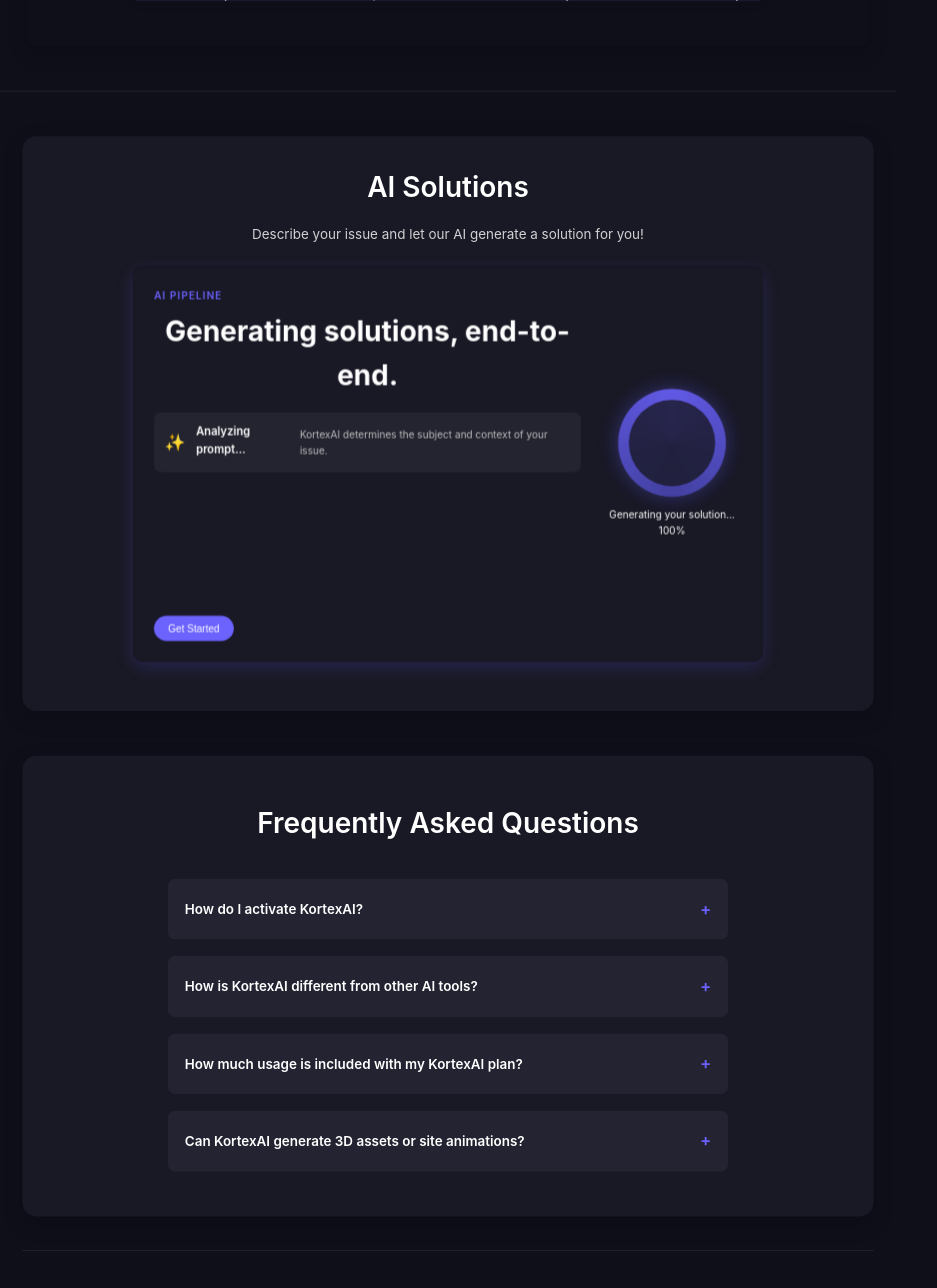
Repository: Rayyy-dev/Kortex-AI
Page: /
The author's editor kept a copy of each file at every save. The page is drawn from the files as they stood at one save, then again after the next save.
The browser window is 1280 px wide. The page is 1338 px wide, so the pictures cover 1338 px, including what lies to the right of the window. The pictures show the part of the page from y = 1274 to 3114 px (the page is 3569 px tall before and 3593 px after), at 70% of full size.
The project was rebuilt for these pictures with package versions that can differ from the ones it lists, and the page was loaded fresh each time.

Above is the page before, as saved 2024-10-15 21:22:22.

### src/App.js
import React, { useEffect, useRef, useState } from 'react';
import { LineChart, Line, XAxis, YAxis, Tooltip, ResponsiveContainer, CartesianGrid, AreaChart, Area, LabelList } from 'recharts';
import './App.css';

function FAQItem({ question, answer }) {
  const [isActive, setIsActive] = useState(false);

  return (
    <div className={`faq-item ${isActive ? 'active' : ''}`} onClick={() => setIsActive(!isActive)}>
      <h3>{question}<span className="faq-toggle">{isActive ? '-' : '+'}</span></h3>
      <div className="faq-answer">
        <p>{answer}</p>
      </div>
    </div>
  );
}

function App() {
  const [isModalOpen, setIsModalOpen] = useState(false);
  const backgroundRef = useRef(null);
  const mainSectionRef = useRef(null);
  const parallaxRef = useRef(null);
  const [activeStep, setActiveStep] = useState(0);
  const [generatingProgress, setGeneratingProgress] = useState(0);
  const [showBackToTop, setShowBackToTop] = useState(false);
  const aiPipelineRef = useRef(null);
  const [menuOpen, setMenuOpen] = useState(false);

  const toggleMenu = () => {
    setMenuOpen(!menuOpen);
  };

  useEffect(() => {
    const background = backgroundRef.current;
    if (!background) return;

    const createParticle = () => {
      const particle = document.createElement('div');
      particle.classList.add('particle');
      particle.style.left = `${Math.random() * 100}%`;
      particle.style.top = `${Math.random() * 100}%`;
      particle.style.animationDuration = `${Math.random() * 10 + 5}s`;
      background.appendChild(particle);

      setTimeout(() => {
        particle.remove();
      }, 15000);
    };

    // Create initial particles
    for (let i = 0; i < 30; i++) {
      createParticle();
    }

    const particleInterval = setInterval(createParticle, 500);

    return () => {
      clearInterval(particleInterval);
    };
  }, []);

  useEffect(() => {
    const handleScroll = () => {
      setShowBackToTop(window.scrollY > 300);
    };

    window.addEventListener('scroll', handleScroll);
    return () => window.removeEventListener('scroll', handleScroll);
  }, []);

  useEffect(() => {
    const interval = setInterval(() => {
      setGeneratingProgress((prevProgress) => {
        if (prevProgress >= 100) {
          clearInterval(interval);
          return 100;
        }
        return prevProgress + 1;
      });
    }, 50);

    return () => clearInterval(interval);
  }, []);

  useEffect(() => {
    const options = {
      root: null,
      rootMargin: '0px',
      threshold: 0.5,
    };

    const observer = new IntersectionObserver((entries) => {
      entries.forEach((entry) => {
        if (entry.isIntersecting) {
          setActiveStep(0);
          const interval = setInterval(() => {
            setActiveStep((prevStep) => {
              if (prevStep >= 2) {
                clearInterval(interval);
                return 2;
              }
              return prevStep + 1;
            });
          }, 2000);

          return () => clearInterval(interval);
        }
      });
    }, options);

    if (aiPipelineRef.current) {
      observer.observe(aiPipelineRef.current);
    }

    return () => {
      if (aiPipelineRef.current) {
        observer.unobserve(aiPipelineRef.current);
      }
    };
  }, []);

  useEffect(() => {
    const observer = new IntersectionObserver((entries) => {
      entries.forEach((entry) => {
        if (entry.isIntersecting) {
          entry.target.classList.add('visible');
        }
      });
    }, { threshold: 0.1 });

    document.querySelectorAll('.fade-in').forEach((el) => observer.observe(el));

    return () => observer.disconnect();
  }, []);

  const performanceData = [
    { name: 'Accuracy', value: 70 },
    { name: 'Speed', value: 85 },
    { name: 'Efficiency', value: 60 },
    { name: 'Reliability', value: 90 }
  ];

  const CustomTooltip = ({ active, payload, label }) => {
    if (active && payload && payload.length) {
      return (
        <div className="custom-tooltip">
          <p className="label">{`${label}: ${payload[0].value}%`}</p>
        </div>
      );
    }
    return null;
  };

  const openModal = () => {
    setIsModalOpen(true);
  };

  const closeModal = () => {
    setIsModalOpen(false);
  };

  const faqData = [
    {
      question: "How do I activate KortexAI?",
      answer: "To activate KortexAI, simply log into your account and navigate to the 'AI Systems' section. Click on the 'Activate' button next to KortexAI, and follow the on-screen instructions to set up and customize your AI experience."
    },
    {
      question: "How is KortexAI different from other AI tools?",
      answer: "KortexAI stands out with its advanced neural network architecture, real-time learning capabilities, and seamless integration across multiple platforms. Our AI offers unparalleled accuracy and efficiency in data analysis, natural language processing, and predictive modeling."
    },
    {
      question: "How much usage is included with my KortexAI plan?",
      answer: "Usage limits vary depending on your subscription tier. Our basic plan includes up to 100 hours of AI processing time per month, while our premium plans offer unlimited usage. Check your account dashboard for detailed information on your current plan and usage statistics."
    },
    {
      question: "Can KortexAI generate 3D assets or site animations?",
      answer: "Yes, KortexAI has advanced capabilities in generating 3D assets and creating dynamic site animations. Our AI can produce high-quality 3D models, textures, and animations based on text descriptions or 2D references. For web animations, KortexAI can generate custom CSS and JavaScript code to bring your site to life."
    }
  ];

  const scrollToTop = () => {
    window.scrollTo({
      top: 0,
      behavior: 'smooth'
    });
  };

  const scrollToSection = (sectionId) => {
    const section = document.querySelector(sectionId);
    if (section) {
      section.scrollIntoView({ behavior: 'smooth' });
    }
  };

  return (
    <div className="App">
      <header className="header">
        <div className="logo">KortexAI</div>
        <nav className={`nav ${menuOpen ? 'active' : ''}`}>
          <ul>
            {['home', 'ai-systems', 'modules', 'features', 'pricing', 'faq'].map((item) => (
              <li key={item}>
                <a href={`#${item}`} onClick={(e) => {
                  e.preventDefault();
                  scrollToSection(`#${item}`);
                  setMenuOpen(false);
                }}>
                  {item.charAt(0).toUpperCase() + item.slice(1).replace('-', ' ')}
                </a>
              </li>
            ))}
          </ul>
        </nav>
        <button className="create-account-btn">Create Account</button>
        <div className={`menu-toggle ${menuOpen ? 'active' : ''}`} onClick={toggleMenu}>
          <span></span>
          <span></span>
          <span></span>
        </div>
      </header>

      <section ref={mainSectionRef} className="main-section">
        <div className="content-container">
          <h1 className="main-title">AI-Powered Solutions for the Future</h1>
          <p className="main-subtitle">
            Empowering tomorrow with cutting-edge AI technology.
          </p>
          <div className="buttons">
            <button className="open-app-btn">Explore AI</button>
            <button className="discover-more-btn">Learn More</button>
          </div>
        </div>
      </section>

      <div className="partner-strip">
        <div className="partner-strip-content">
          <span>Vercel</span>
          <span>Loom</span>
          <span>Cash App</span>
          <span>Zapier</span>
          <span>Ramp</span>
          <span>Raycast</span>
          <span>OpenAI</span>
          <span>DeepMind</span>
          <span>IBM Watson</span>
          <span>Google AI</span>
          <span>Microsoft Azure</span>
          <span>Amazon AWS</span>
        </div>
      </div>

      <section className="performance-metrics">
        <h2>AI Performance Metrics</h2>
        <div className="graph-container">
          <ResponsiveContainer width="100%" height={400}>
            <AreaChart data={performanceData} margin={{ top: 20, right: 30, left: 20, bottom: 20 }}>
              <defs>
                <linearGradient id="colorValue" x1="0" y1="0" x2="0" y2="1">
                  <stop offset="5%" stopColor="#4a4af0" stopOpacity={0.8}/>
                  <stop offset="95%" stopColor="#4a4af0" stopOpacity={0}/>
                </linearGradient>
              </defs>
              <CartesianGrid strokeDasharray="3 3" stroke="#2a2a2a" />
              <XAxis dataKey="name" stroke="#ffffff" axisLine={false} tickLine={false} />
              <YAxis stroke="#ffffff" axisLine={false} tickLine={false} />
              <Tooltip content={<CustomTooltip />} />
              <Area
                type="monotone"
                dataKey="value"
                stroke="#4a4af0"
                fillOpacity={1}
                fill="url(#colorValue)"
                strokeWidth={3}
                dot={{ r: 6, fill: "#4a4af0", stroke: "#ffffff", strokeWidth: 2 }}
                activeDot={{ r: 8, fill: "#ffffff", stroke: "#4a4af0", strokeWidth: 2 }}
              >
                <LabelList dataKey="value" position="top" fill="#ffffff" />
              </Area>
            </AreaChart>
          </ResponsiveContainer>
        </div>
      </section>

      <footer className="footer-section">
        <div className="background-section" ref={backgroundRef}>
          <div className="background-content">
            <div className="ai-solution-box">
              <h2>AI Solutions</h2>
              <p>Describe your issue and let our AI generate a solution for you!</p>

              {/* New AI Pipeline Section */}
              <div className="ai-pipeline-section">
                <div className="ai-pipeline-content">
                  <div className="ai-pipeline-text">
                    <h3 className="ai-pipeline-subtitle">AI Pipeline</h3>
                    <h2 className="ai-pipeline-title">Generating solutions, end-to-end.</h2>
                    <div className="ai-pipeline-steps">
                      <div className={`ai-pipeline-step ${activeStep === 0 ? 'active' : ''}`}>
                        <span className="step-icon">✨</span>
                        <h4>Analyzing prompt...</h4>
                        <p>KortexAI determines the subject and context of your issue.</p>
                      </div>
                      <div className={`ai-pipeline-step ${activeStep === 1 ? 'active' : ''}`}>
                        <span className="step-icon">🔧</span>
                        <h4>Crafting solutions...</h4>
                        <p>Next, it generates tailored solutions based on the analysis.</p>
                      </div>
                      <div className={`ai-pipeline-step ${activeStep === 2 ? 'active' : ''}`}>
                        <span className="step-icon">🚀</span>
                        <h4>Review and implement!</h4>
                        <p>The solution is ready – your turn to put it into action.</p>
                      </div>
                    </div>
                    <div className="get-started-container">
                      <button className="get-started-btn">Get Started</button>
                    </div>
                  </div>
                  <div className="ai-pipeline-visual">
                    <div className="ai-orb">
                      <div className="ai-orb-inner"></div>
                    </div>
                    <p className="generating-text">Generating your solution... {generatingProgress}%</p>
                  </div>
                </div>
              </div>

              {/* Existing input and output areas */}
              <div className="input-group">
                <input type="text" placeholder="Enter your issue here..." />
                <button className="generate-btn">Generate Solution</button>
              </div>
              <div className="solution-output">
                <p>AI-generated solution will appear here...</p>
              </div>
            </div>

            {/* New FAQ Section */}
            <div className="faq-section">
              <h2 className="faq-title">Frequently Asked Questions</h2>
              <div className="faq-list">
                {faqData.map((item, index) => (
                  <FAQItem key={index} question={item.question} answer={item.answer} />
                ))}
              </div>
            </div>
          </div>
        </div>

        {/* New footer content */}
        <div className="footer-links">
          <div className="footer-column">
            <h3>Explore</h3>
            <ul>
              <li><a href="#">AI Systems</a></li>
              <li><a href="#">Modules</a></li>
              <li><a href="#">KortexAI Studio <span className="beta-tag">BETA</span></a></li>
              <li><a href="#">KortexAI API <span className="new-tag">NEW</span></a></li>
            </ul>
          </div>
          <div className="footer-column">
            <h3>Resources</h3>
            <ul>
              <li><a href="#">Documentation</a></li>
              <li><a href="#">Help Center</a></li>
              <li><a href="#">Pricing</a></li>
              <li><a href="#">Contact</a></li>
              <li><a href="#">KortexAI Community</a></li>
              <li><a href="#">Become a Partner</a></li>
              <li><a href="#">Research Collaborations</a></li>
            </ul>
          </div>
          <div className="footer-column">
            <h3>Company</h3>
            <ul>
              <li><a href="#">About Us</a></li>
              <li><a href="#">Careers</a></li>
              <li><a href="#">Terms of Service</a></li>
              <li><a href="#">Privacy Policy</a></li>
            </ul>
          </div>
        </div>
        <div className="footer-bottom">
          <p>KortexAI © 2024. All Rights Reserved</p>
          <div className="social-links">
            {/* Add social media links here */}
          </div>
          <div className="awards">
            <span className="award-text">AI Excellence Award 2023</span>
          </div>
        </div>
      </footer>

      {/* AI Solutions Modal */}
      {isModalOpen && (
        <div className="modal-overlay">
          <div className="modal-content">
            <div className="ai-solution-box">
              <h2>AI Solutions</h2>
              <p>Describe your issue and let our AI generate a solution for you!</p>
              <div className="input-group">
                <input type="text" placeholder="Enter your issue here..." />
                <button className="generate-btn">Generate Solution</button>
              </div>
              <div className="solution-output">
                <p>AI-generated solution will appear here...</p>
              </div>
            </div>
            <button className="close-modal-btn" onClick={closeModal}>
              Close
            </button>
          </div>
        </div>
      )}

      {showBackToTop && (
        <button className="back-to-top" onClick={scrollToTop}>
          ↑
        </button>
      )}
    </div>
  );
}

export default App;

Loaded but not shown: public/index.html (common file); src/index.js (common file); src/index.css (common file); src/reportWebVitals.js (common file); src/App.css (1416 lines, source omitted)

After the next save:
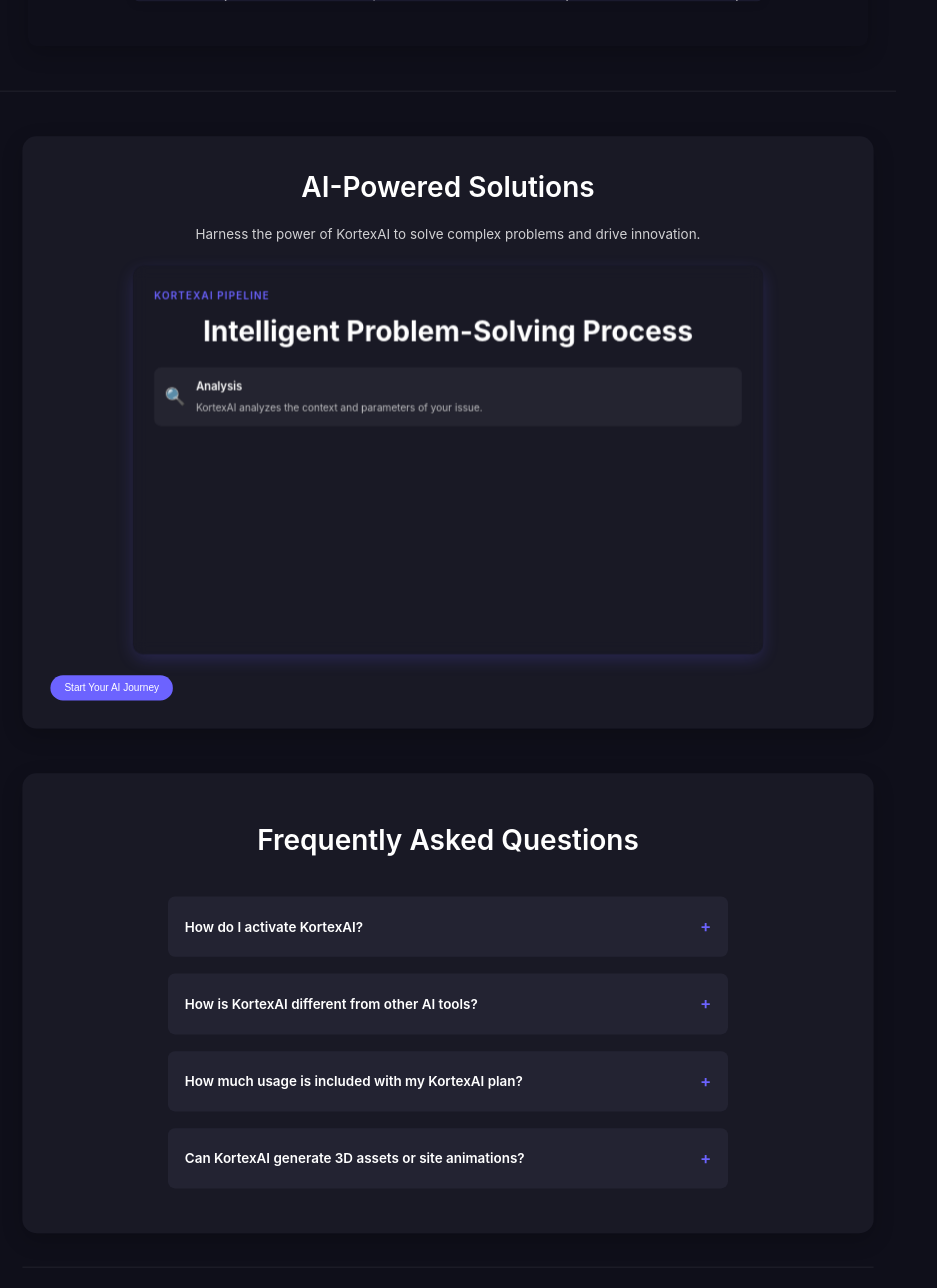
Saved 104 s later.
--- a/src/App.js
+++ b/src/App.js
@@ -285,53 +285,31 @@
         <div className="background-section" ref={backgroundRef}>
           <div className="background-content">
             <div className="ai-solution-box">
-              <h2>AI Solutions</h2>
-              <p>Describe your issue and let our AI generate a solution for you!</p>
-
-              {/* New AI Pipeline Section */}
+              <h2>AI-Powered Solutions</h2>
+              <p>Harness the power of KortexAI to solve complex problems and drive innovation.</p>
+
               <div className="ai-pipeline-section">
-                <div className="ai-pipeline-content">
-                  <div className="ai-pipeline-text">
-                    <h3 className="ai-pipeline-subtitle">AI Pipeline</h3>
-                    <h2 className="ai-pipeline-title">Generating solutions, end-to-end.</h2>
-                    <div className="ai-pipeline-steps">
-                      <div className={`ai-pipeline-step ${activeStep === 0 ? 'active' : ''}`}>
-                        <span className="step-icon">✨</span>
-                        <h4>Analyzing prompt...</h4>
-                        <p>KortexAI determines the subject and context of your issue.</p>
-                      </div>
-                      <div className={`ai-pipeline-step ${activeStep === 1 ? 'active' : ''}`}>
-                        <span className="step-icon">🔧</span>
-                        <h4>Crafting solutions...</h4>
-                        <p>Next, it generates tailored solutions based on the analysis.</p>
-                      </div>
-                      <div className={`ai-pipeline-step ${activeStep === 2 ? 'active' : ''}`}>
-                        <span className="step-icon">🚀</span>
-                        <h4>Review and implement!</h4>
-                        <p>The solution is ready – your turn to put it into action.</p>
+                <h3 className="ai-pipeline-subtitle">KortexAI Pipeline</h3>
+                <h2 className="ai-pipeline-title">Intelligent Problem-Solving Process</h2>
+                <div className="ai-pipeline-steps">
+                  {[
+                    { icon: '🔍', title: 'Analysis', description: 'KortexAI analyzes the context and parameters of your issue.' },
+                    { icon: '💡', title: 'Solution Generation', description: 'Our AI crafts tailored solutions based on comprehensive analysis.' },
+                    { icon: '⚙️', title: 'Optimization', description: 'Solutions are refined and optimized for maximum efficiency.' },
+                    { icon: '🚀', title: 'Implementation', description: 'Seamlessly integrate the AI-generated solution into your workflow.' }
+                  ].map((step, index) => (
+                    <div key={index} className={`ai-pipeline-step ${activeStep === index ? 'active' : ''}`}>
+                      <span className="step-icon">{step.icon}</span>
+                      <div className="step-content">
+                        <h4>{step.title}</h4>
+                        <p>{step.description}</p>
                       </div>
                     </div>
-                    <div className="get-started-container">
-                      <button className="get-started-btn">Get Started</button>
-                    </div>
-                  </div>
-                  <div className="ai-pipeline-visual">
-                    <div className="ai-orb">
-                      <div className="ai-orb-inner"></div>
-                    </div>
-                    <p className="generating-text">Generating your solution... {generatingProgress}%</p>
-                  </div>
+                  ))}
                 </div>
               </div>
 
-              {/* Existing input and output areas */}
-              <div className="input-group">
-                <input type="text" placeholder="Enter your issue here..." />
-                <button className="generate-btn">Generate Solution</button>
-              </div>
-              <div className="solution-output">
-                <p>AI-generated solution will appear here...</p>
-              </div>
+              <button className="get-started-btn">Start Your AI Journey</button>
             </div>
 
             {/* New FAQ Section */}
